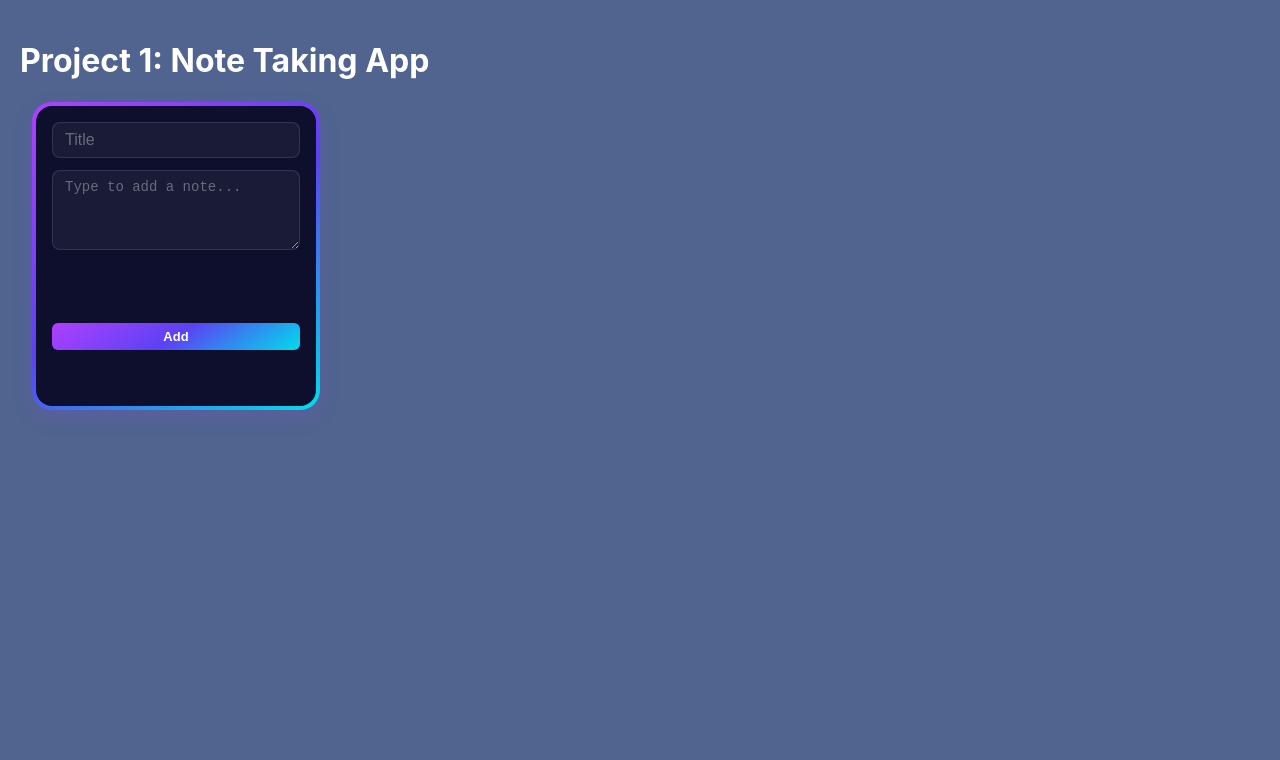
Repository: AJANI2005/Notes-App
Page: /
The author's editor kept a copy of each file at every save. The page is drawn from the files as they stood at one save, then again after the next save.
The browser window is 1280 px wide. The pictures show the whole page.
The project was rebuilt for these pictures with package versions that can differ from the ones it lists, and the page was loaded fresh each time. Also part of the build but not shown: vite.config.ts, src/App.css, src/style/dialogbox.css, src/DialogBox.tsx.

Above is the page before, as saved 2025-07-31 19:02:27.

### src/index.css
:root {
  font-family: system-ui, Avenir, Helvetica, Arial, sans-serif;
  font-synthesis: none;
  text-rendering: optimizeLegibility;
  -webkit-font-smoothing: antialiased;
  -moz-osx-font-smoothing: grayscale;
}

body {
    margin: 0;
    font-family: 'Inter', sans-serif;
    min-height: 100vh;
    padding: 20px;
    background-color: #50648f;
    color: white;
}

### src/App.tsx
import { useEffect, useState } from 'react';

// styles
import "./App.css"
import "./style/note.css"
import DialogBox from './DialogBox';


interface Note {
  id: number
  title: string;
  text: string;
}

const Note = () => {
  const [text, setText] = useState('');
  const [title, setTitle] = useState('');


  //Initialize Local Storage
  useEffect(() => {
    if (!localStorage.getItem("notes")) {
      localStorage.setItem("notes", JSON.stringify([]))
    }
    if (localStorage.getItem("title")) {
      setTitle(JSON.parse(localStorage.getItem("title")!))
    }
    if (localStorage.getItem("text")) {
      setText(JSON.parse(localStorage.getItem("text")!))
    }
  }, [])

  // Store Current Data (On Refresh)
  useEffect(() => {
    if (text === '' && title === '') return
    localStorage.setItem("title", JSON.stringify(title))
    localStorage.setItem("text", JSON.stringify(text))
  }, [text, title])

  const createNote = () => {
    const note = {
      id: Date.now(),
      title: title,
      text: text
    } as Note

    // add note
    const notes = JSON.parse(localStorage.getItem("notes")!)
    notes.push(note)
    localStorage.setItem("notes", JSON.stringify(notes))

    // reset state
    setTitle("")
    setText("")
    localStorage.setItem("title", JSON.stringify(""))
    localStorage.setItem("text", JSON.stringify(""))
  }

  return (
    <form className='note'>
      <div className="note-content">
        <input
          value={title}
          placeholder='Title'
          onChange={(e) => setTitle(e.target.value)}
          type="text" className='note-title-input' />
        <textarea
          value={text}
          onChange={(e) => setText(e.target.value)}
          className='note-input'
          placeholder='Type to add a note...'></textarea>
        <button className='addBtn' onClick={createNote}>Add</button>
      </div>

    </form>
  )
}

function App() {

  const [notes, setNotes] = useState([]);



  const [editing, setEditing] = useState(false);
  const [currentNote, setCurrentNote] = useState<Note | undefined>(undefined);


  //Initialize Local Storage
  useEffect(() => {
    if (localStorage.getItem("notes")) {
      setNotes(JSON.parse(localStorage.getItem("notes")!))
    }
  }, [])

  //Save current note
  const saveNote = () => {
    const notes = JSON.parse(localStorage.getItem("notes")!)
    const index = notes.findIndex((note: Note) => note.id === currentNote?.id)
    notes[index] = currentNote
    localStorage.setItem("notes", JSON.stringify(notes))
    setEditing(false)
    // refresh
    window.location.reload()
  }
  //Delete note
  const deleteNote = () => {
    const notes = JSON.parse(localStorage.getItem("notes")!)
    const index = notes.findIndex((note: Note) => note.id === currentNote?.id)
    notes.splice(index, 1)
    localStorage.setItem("notes", JSON.stringify(notes))
    setEditing(false)
    // refresh
    window.location.reload()
  }

  return (
    <div className='app'>
      <h1>Project 1: Note Taking App</h1>
      <Note />
      {/* Display Notes */}
      <div className='notes-grid'>
        {notes.map((note: Note, index) => (
          <div key={index} className='note'>
            <div className='note-content'>
              <h2 className='note-title'>{note.title}</h2>
              <p className='note-text'>{note.text}</p>
              <button className='deleteBtn'
                onClick={deleteNote}>✖</button>
              <button className='editBtn' onClick={() => {
                setEditing(true);
                setCurrentNote(note);
              }}
              >📝</button>
            </div>
          </div>))}
      </div>

      {/* Edit Dialog Box */}
      <DialogBox isOpen={editing} onClose={() => setEditing(false)}>
        <form className='note'>
          <div className='note-content'>
            <input
              value={currentNote?.title}
              placeholder='Title'
              onChange={(e) => setCurrentNote({ ...currentNote, title: e.target.value } as Note)}
              type="text" className='note-title-input' />

            <textarea
              value={currentNote?.text}
              onChange={(e) => setCurrentNote({ ...currentNote, text: e.target.value } as Note)}
              className='note-input'
              placeholder='Type to add a note...'></textarea>

            <button className='addBtn' onClick={() => {
              saveNote()
              setEditing(false)
            }}>Save</button>
          </div>
        </form>
      </DialogBox>
    </div>
  )
}

export default App

### src/style/note.css
/* Make all elements respect card boundaries */
/* --- Note Card --- */
.note {
  display: flex;
  flex-direction: column;
  width: 280px;
  max-width: 400px;
  min-height: 300px;
  padding: 4px; /* Gradient border thickness */
  border-radius: 20px;
  background: linear-gradient(145deg, #af40ff, #5b42f3 50%, #00ddeb);
  box-shadow: rgba(151, 65, 252, 0.15) 0 8px 20px;
  margin: 12px;
  position: relative;
  transition: transform 0.2s ease, box-shadow 0.2s ease;
  overflow: hidden; /* ensures no element spills outside */
}

.note:hover {
  transform: translateY(-4px);
  box-shadow: rgba(151, 65, 252, 0.25) 0 12px 28px;
}

/* Inner dark surface */
.note-content {
  flex: 1;
  display: flex;
  flex-direction: column;
  gap: 12px;
  padding: 16px;
  padding-bottom: 56px; /* space for buttons */
  border-radius: 16px;
  background: #0d0f2d;
  color: white;
  position: relative;
  overflow: hidden;
}

/* --- Inputs --- */
.note-title-input,
.note-input {
  box-sizing: border-box;
  width: 100%;
  border-radius: 8px;
  border: 1px solid rgba(255, 255, 255, 0.12);
  background: rgba(255, 255, 255, 0.05);
  color: white;
  outline: none;
  padding: 8px 12px;
  transition: 0.2s border-color, 0.2s background-color;
}

.note-title-input::placeholder,
.note-input::placeholder {
  color: rgba(255, 255, 255, 0.35);
}

.note-title-input {
  font-size: 16px;
  font-weight: 500;
}

.note-input {
  min-height: 80px;
  font-size: 14px;
  resize: vertical;
}

.note-title-input:focus,
.note-input:focus {
  border-color: #5b42f3;
  background: rgba(255, 255, 255, 0.1);
}

/* --- Buttons --- */
.addBtn,
.deleteBtn,
.editBtn {
  border: none;
  padding: 6px 12px;
  font-size: 13px;
  font-weight: 600;
  border-radius: 6px;
  cursor: pointer;
  color: white;
  transition: transform 0.2s ease, filter 0.2s ease;
}

/* Primary Add Button */
.addBtn {
  background: linear-gradient(145deg, #af40ff, #5b42f3 50%, #00ddeb);
  margin-top: auto;
}

.addBtn:hover {
  transform: scale(1.05);
  filter: brightness(1.1);
}

/* Action buttons at bottom-left */
.deleteBtn,
.editBtn {
  position: absolute;
  bottom: 12px;
}

.deleteBtn {
  left: 12px;
  background: linear-gradient(145deg, #ff416c, #ff4b2b); /* neon pink-red */
}

.deleteBtn:hover {
  transform: scale(1.05);
  filter: brightness(1.1);
}

.editBtn {
  left: 60px;
  background: linear-gradient(145deg, #00c9ff, #92fe9d); /* cyan-green neon */
  color: #0d0f2d;
}

.editBtn:hover {
  transform: scale(1.05);
  filter: brightness(1.1);
}

/* --- Note Display --- */
.note-title {
  font-size: 18px;
  font-weight: 600;
  color: white;
  margin-bottom: 4px;

}

.note-text {
  font-size: 14px;
  color: rgba(255, 255, 255, 0.85);
  line-height: 1.5;
  white-space: pre-wrap;
}

/* --- Grid for Notes --- */
.notes-grid {
  display: grid;
  grid-template-columns: repeat(auto-fill, minmax(250px, 1fr));
  gap: 24px;
  padding: 20px;
  justify-items: center;
}

Loaded but not shown: index.html (common file); src/main.tsx (common file)

After the next save:
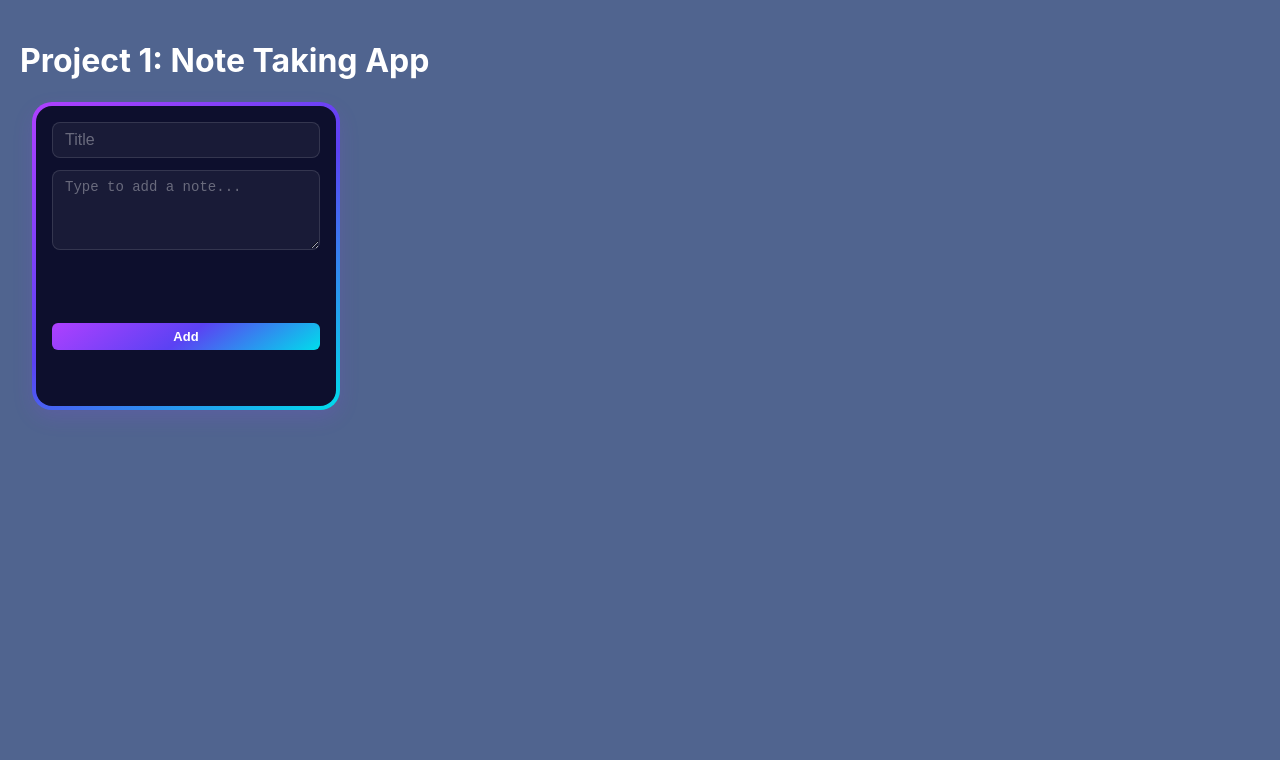
Saved 46 s later.
--- a/src/style/note.css
+++ b/src/style/note.css
@@ -3,7 +3,7 @@
 .note {
   display: flex;
   flex-direction: column;
-  width: 280px;
+  width: 300px;
   max-width: 400px;
   min-height: 300px;
   padding: 4px; /* Gradient border thickness */
